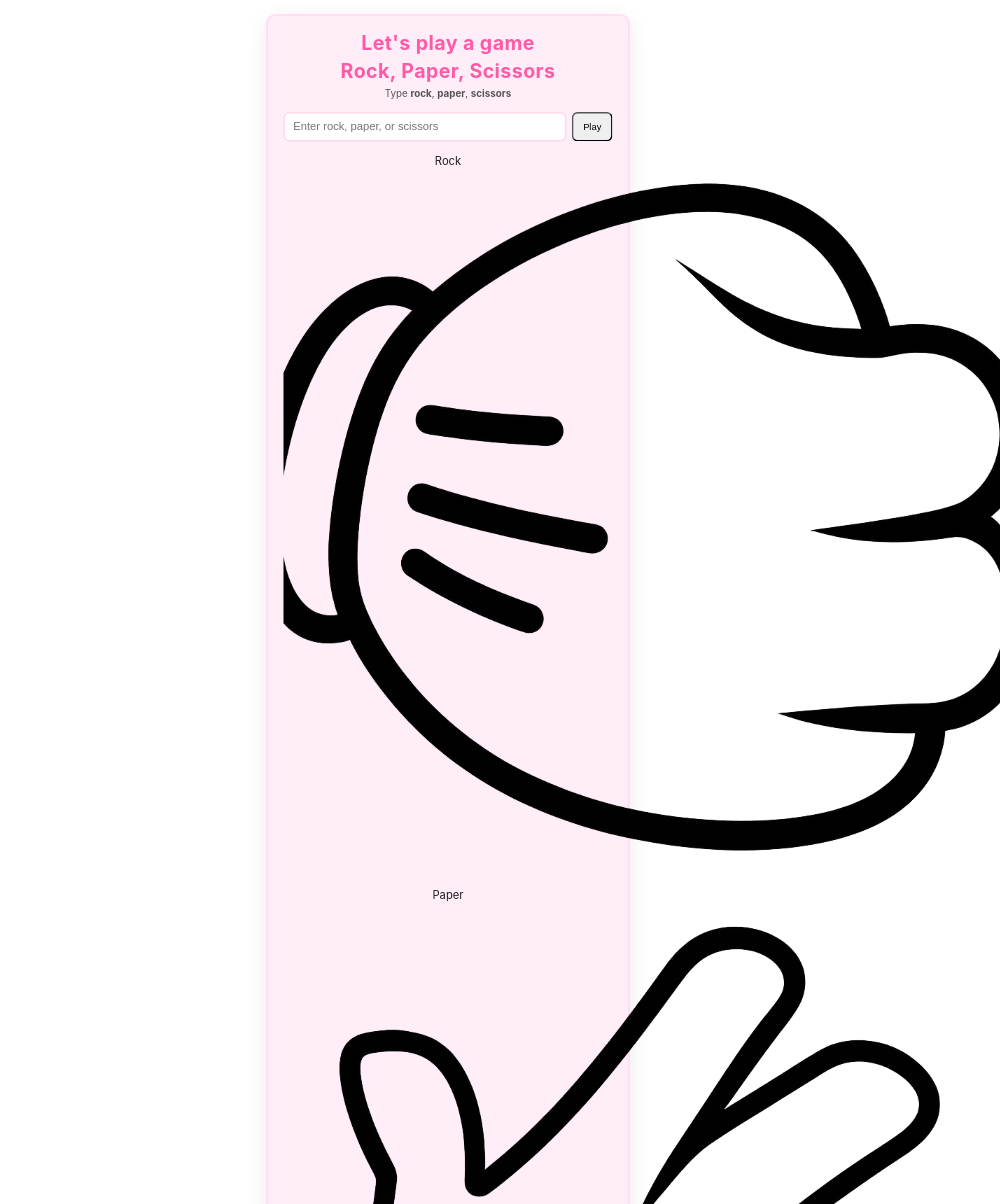
Repository: brittanyramirez/RPS-Game
Page: rps.html
An editor plug-in stored every save of this project. The page is shown before and after a run of saves, followed by the edit.
The browser window is 1280 px wide. The page is 1429 px wide, so the pictures cover 1429 px, including what lies to the right of the window. The pictures show the part of the page from y = 0 to 1720 px (the page is 3961 px tall), at 70% of full size.

Above is the page before, as saved 2025-11-14 11:34:36.

After the next 3 saves:
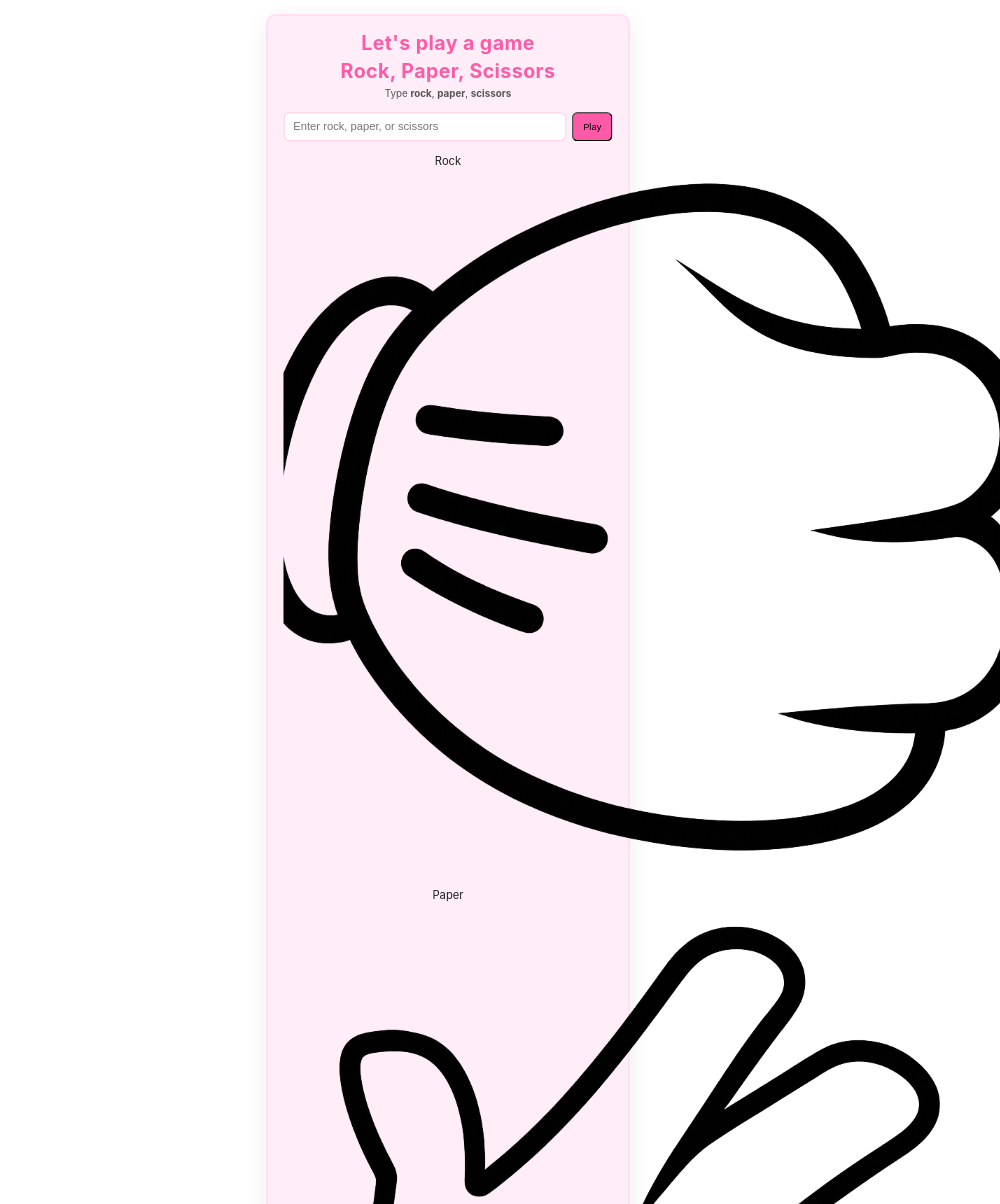
The 3 saves are shown as one change because they came seconds apart.
The last was saved 7 s later.
--- a/rps.css
+++ b/rps.css
@@ -64,4 +64,5 @@
 button#playBtn{
     padding: 10px 14px;
     border-radius: 8px;
+    background:var(--accent)
 }
